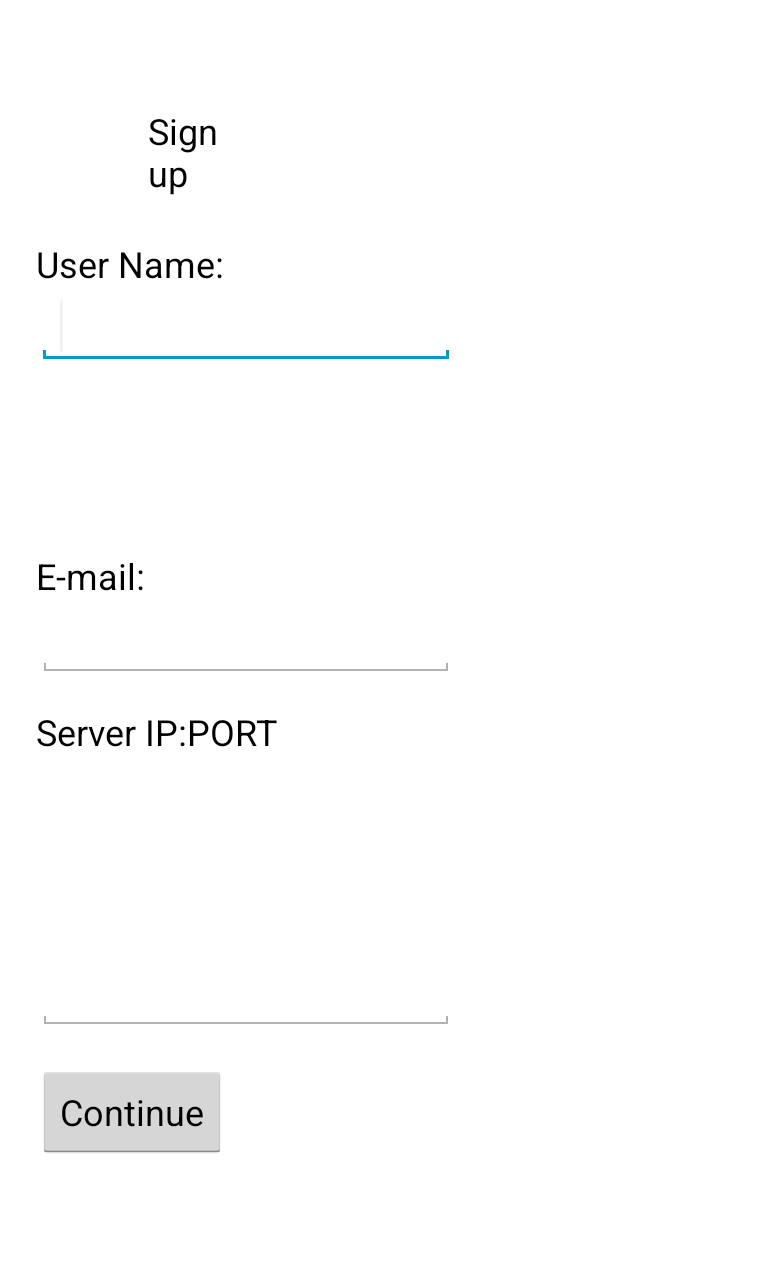
Repository: Teketel/hujeManiita
Layout: workspace/android/Besso/res/layout/activity_main.xml
An editor plug-in stored every save of this project. The layout is shown before and after the next save, followed by the edit.
It is drawn on a 768 x 1280 px phone screen (xhdpi) without system bars, with theme AppTheme; the app's code is not run.

Above is the layout before, as saved 2013-02-18 19:31:06.

After the next save:
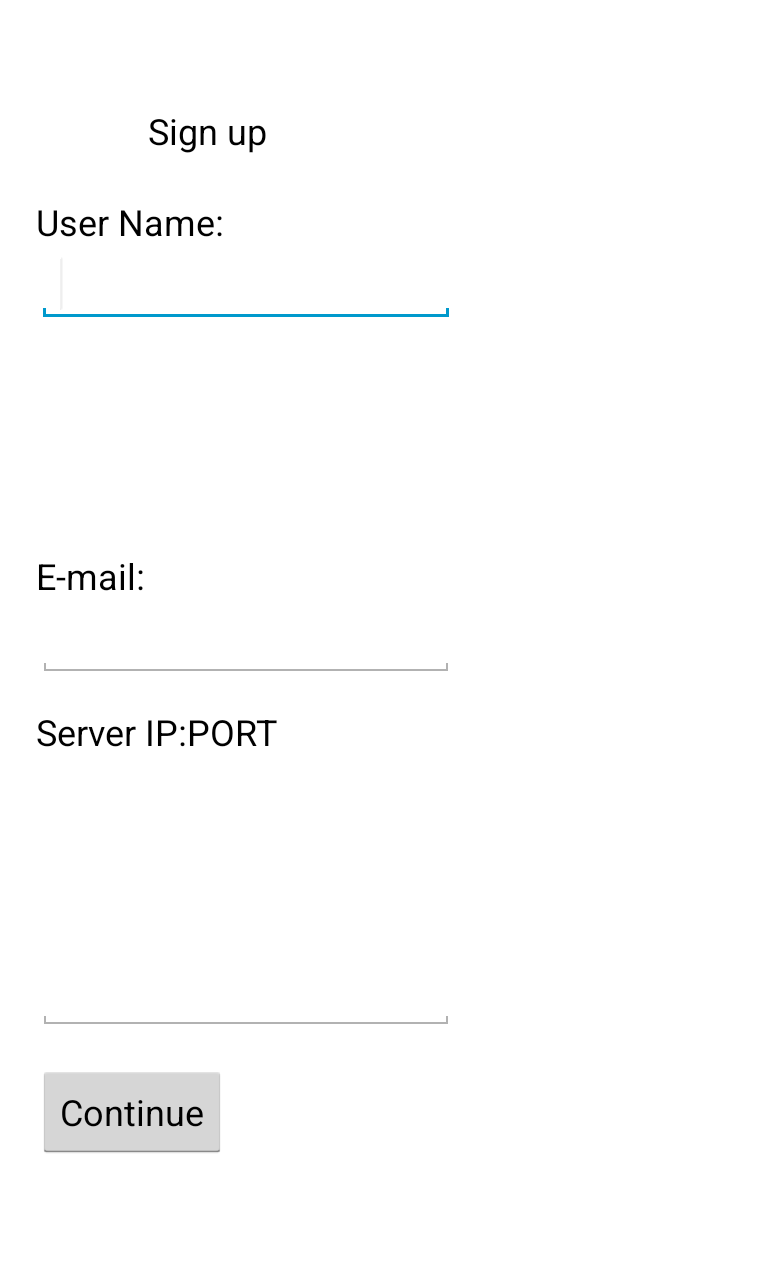
Saved 57 s later.
--- a/workspace/android/Besso/res/layout/activity_main.xml
+++ b/workspace/android/Besso/res/layout/activity_main.xml
@@ -26,7 +26,6 @@
         android:layout_height="wrap_content"
         android:layout_alignLeft="@+id/editText1"
         android:layout_alignParentTop="true"
-        android:layout_alignRight="@+id/button1"
         android:layout_marginLeft="56dp"
         android:layout_marginTop="35dp"
         android:text="Sign up"
